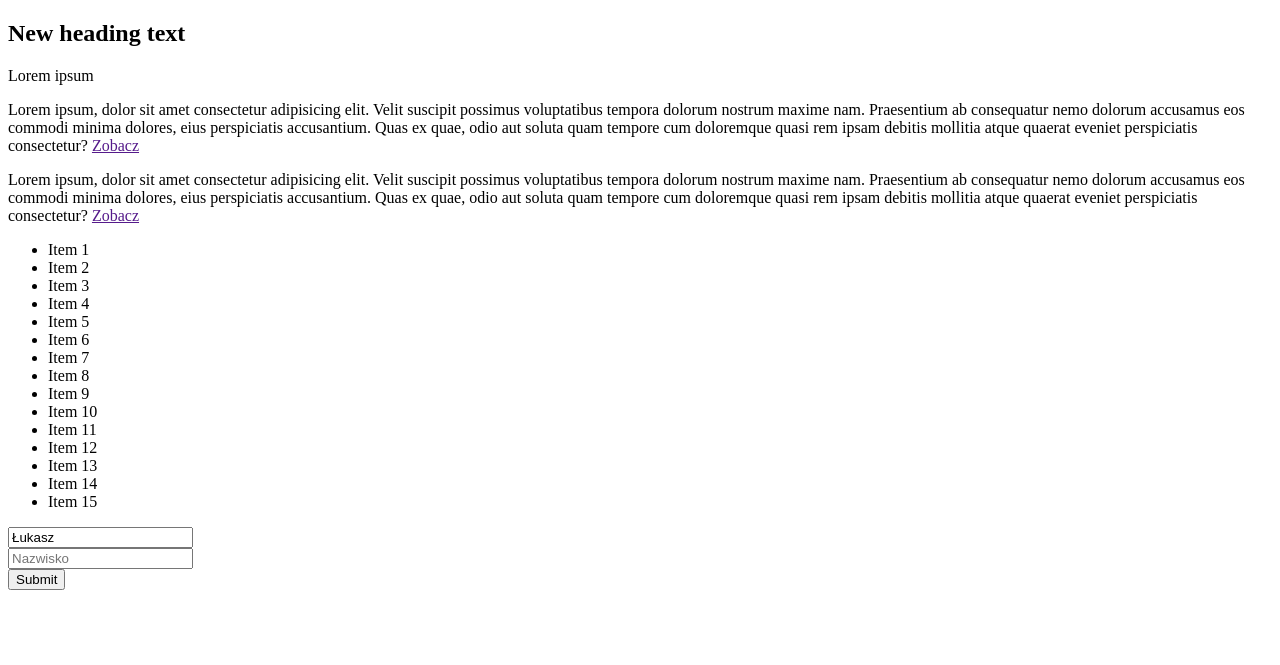
Repository: magdaf41/jQuery
Page: zadanie 3/index.html
An editor plug-in stored every save of this project. The page is shown before and after the next save, followed by the edit.
The browser window is 1280 px wide. The pictures show the whole page.

Above is the page before, as saved 2020-09-08 21:59:34.

### zadanie 3/index.html
<!DOCTYPE html>
<html>

<head>
    <meta charset=utf-8 />
    <title>Return first and last name from a form - w3resource</title>
</head>

<body>
    <section id="about">
        <h2>Section Title</h2>
        <p class="content">Lorem ipsum, dolor sit amet consectetur adipisicing
            elit. Velit suscipit possimus voluptatibus tempora dolorum nostrum
            maxime nam. Praesentium ab consequatur nemo dolorum accusamus eos
            commodi minima dolores, eius perspiciatis accusantium. Quas ex quae,
            odio aut soluta quam tempore cum doloremque quasi rem ipsam debitis
            mollitia atque quaerat eveniet perspiciatis consectetur?
            <a href="" title="Read more">Czytaj więcej...</a></p>
        <p class="content">Lorem ipsum, dolor sit amet consectetur adipisicing
            elit. Velit suscipit possimus voluptatibus tempora dolorum nostrum
            maxime nam. Praesentium ab consequatur nemo dolorum accusamus eos
            commodi minima dolores, eius perspiciatis accusantium. Quas ex quae,
            odio aut soluta quam tempore cum doloremque quasi rem ipsam debitis
            mollitia atque quaerat eveniet perspiciatis consectetur?
            <a href="" title="See more">Zobacz</a></p>
        <p class="description">Lorem ipsum, dolor sit amet consectetur adipisicing
            elit. Velit suscipit possimus voluptatibus tempora dolorum nostrum
            maxime nam. Praesentium ab consequatur nemo dolorum accusamus eos
            commodi minima dolores, eius perspiciatis accusantium. Quas ex quae,
            odio aut soluta quam tempore cum doloremque quasi rem ipsam debitis
            mollitia atque quaerat eveniet perspiciatis consectetur?
            <a href="" title="See more">Zobacz</a></p>
        <ul>
            <li class="list-item">Item 1</li>
            <li class="list-item">Item 2</li>
            <li class="list-item">Item 3</li>
            <li class="list-item">Item 4</li>
            <li class="list-item">Item 5</li>
            <li class="list-item">Item 6</li>
            <li class="list-item">Item 7</li>
            <li class="list-item">Item 8</li>
            <li class="list-item">Item 9</li>
            <li class="list-item">Item 10</li>
            <li class="list-item">Item 11</li>
            <li class="list-item">Item 12</li>
            <li class="list-item">Item 13</li>
            <li class="list-item">Item 14</li>
            <li class="list-item">Item 15</li>
        </ul>
        <form id="contact-form">
            <input type="text" placeholder="Imię" value="Adam" id="name"><br>
            <input type="text" placeholder="Nazwisko" id="sname"><br>
            <input type="submit">
        </form>
    </section>

    <!-- Biblioteka jQuery -->
    <script src="js/jquery-3.5.1.min.js"></script>
    <!--Custom script  -->
    <script src="js/main.js"></script>
</body>

</html>

### zadanie 3/js/main.js
$(document).ready(function () {

    let headingText = $('h2').text();
    console.log(headingText);

    let parContent = $('p').eq(0).text();
    console.log(parContent);

    $('h2').text('New heading text');

    $('p').eq(0).html('Lorem <span>ipsum</span>');

    $('#name').val('Łukasz');
});

Loaded but not shown: zadanie 3/js/jquery-3.5.1.min.js (library)

After the next save:
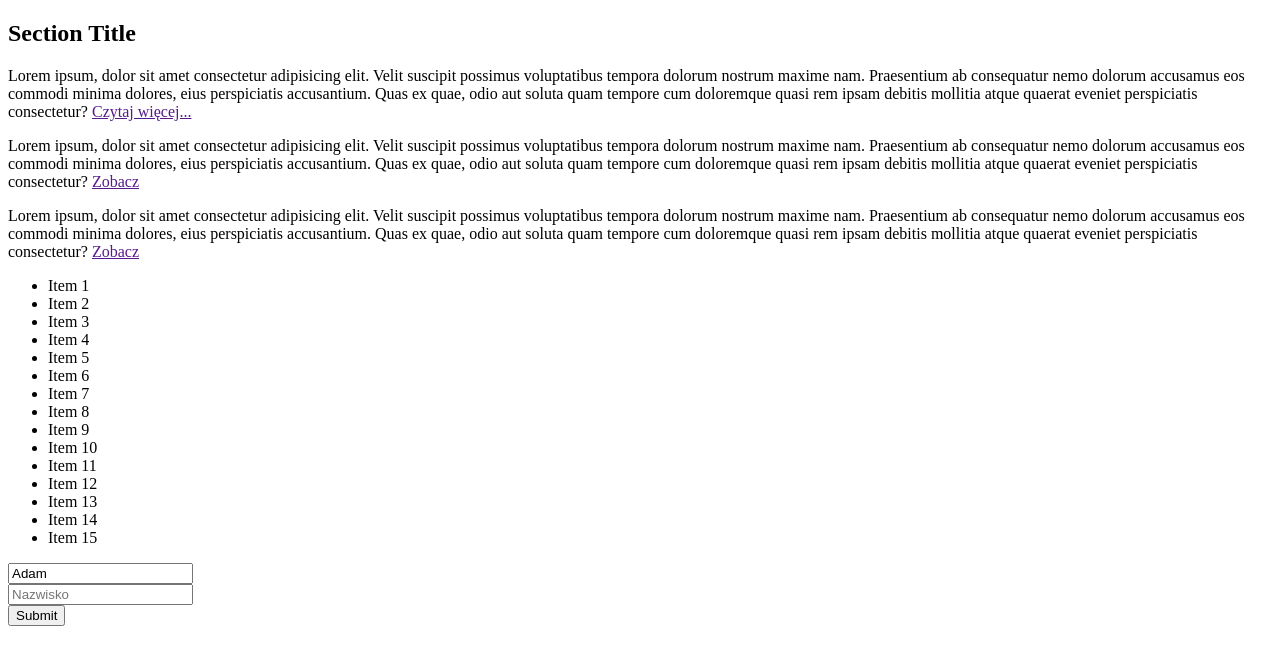
Console error: SyntaxError: missing ) after argument list
Saved 3 min 18 s later.
--- a/zadanie 3/js/main.js
+++ b/zadanie 3/js/main.js
@@ -11,4 +11,8 @@
     $('p').eq(0).html('Lorem <span>ipsum</span>');
 
     $('#name').val('Łukasz');
+    $('#contact-form').submit(function(e){
+        e.preventDefoult();
+        console.log($('#name').val();)
+    });
 });

After the save that followed:
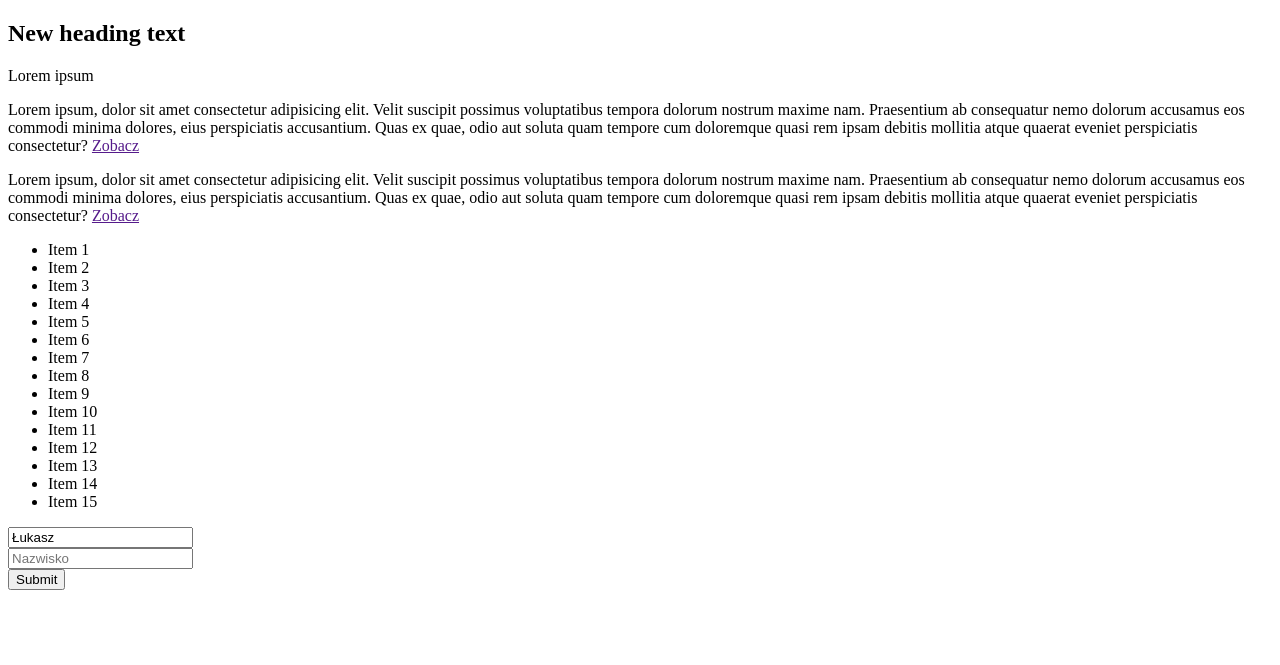
The error is gone.
Saved 4 s later.
--- a/zadanie 3/js/main.js
+++ b/zadanie 3/js/main.js
@@ -13,6 +13,6 @@
     $('#name').val('Łukasz');
     $('#contact-form').submit(function(e){
         e.preventDefoult();
-        console.log($('#name').val();)
+        console.log($('#name').val())
     });
 });
